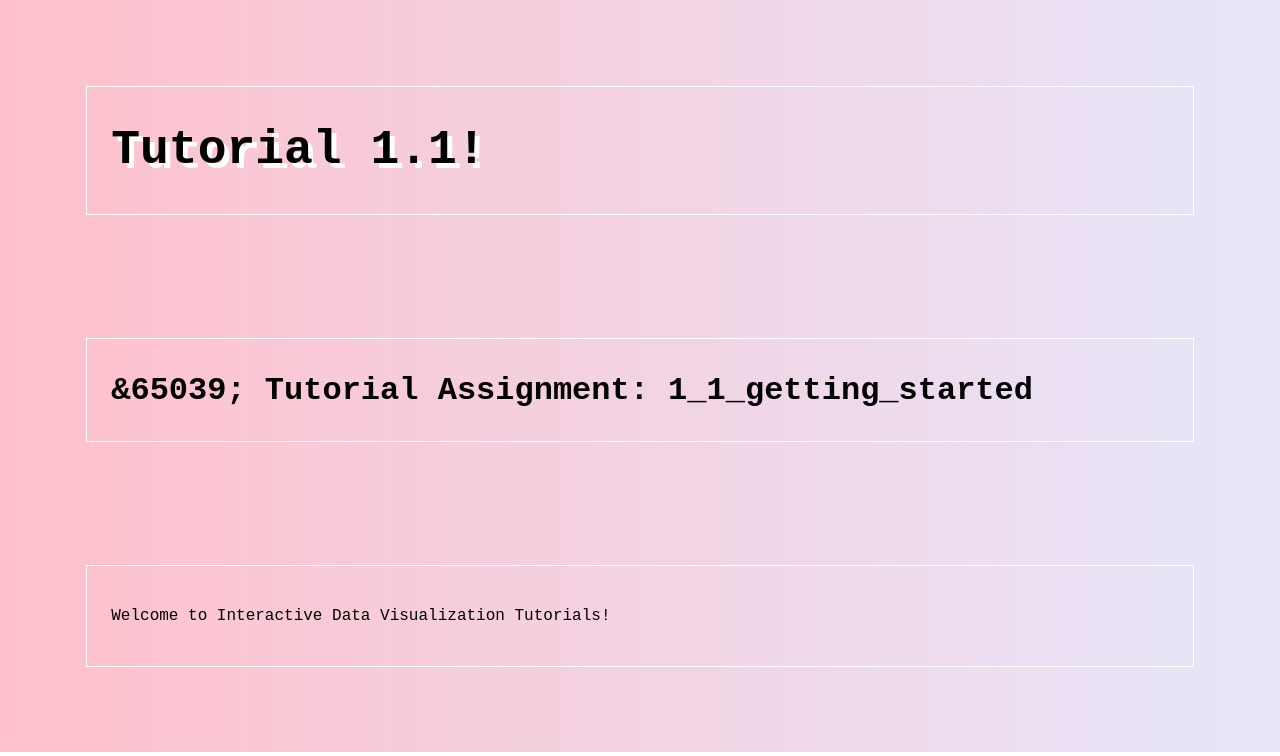
Repository: lisjak/Interactive-Data-Vis-Fall2022
Page: 1_1_getting_started/index.html
The author's editor kept a copy of each file at every save. The page is drawn from the files as they stood at one save, then again after the next save.
The browser window is 1280 px wide. The pictures show the whole page.
Some web fonts or font styles are not loaded; a fallback is used.

Above is the page before, as saved 2022-09-04 21:55:28.

### 1_1_getting_started/index.html
<!DOCTYPE html>

<head>
    <meta charset="utf-8">

    <title>Interactive Data Visualization Tutorial</title>

    <link rel="stylesheet" href="https://fonts.googleapis.com/css?family=Source+Sans+Pro">

    <link href="https://fonts.googleapis.com/css2?family=Azeret+Mono&display=swap" rel="stylesheet">

    <link rel="stylesheet" href="./style.css">
</head>

<body>
    <div>
        <h1>Tutorial 1.1!</h1>
    </div>
    <div>
        <h3> &65039; Tutorial Assignment: 1_1_getting_started </h3>
    </div>
    <div>
        <p>Welcome to Interactive Data Visualization Tutorials! </p>
    </div>
</body>

</html>

### 1_1_getting_started/style.css
body {
    background-image: linear-gradient(to right, pink, lavender);
    font-family: 'Azeret Mono', monospace;
    font-size: 16px;
    padding: 1em;
    display: flex;
    flex-direction: column;
}

div {
    /* min-width: 100%; */
    align-items: center;
    justify-content: center;
    border: 1px solid white;
    padding: 2%;
    margin: 5%;
}

h1 {
    font-size: 3em;
    margin: 0.25em 0;
    text-shadow: 5px 5px 0px white;
}

h3 {
    font-size: 2em;
    margin: 0.25em 0;
}

p {
    font-size: 1em;
    color: black;
}

After the next save:
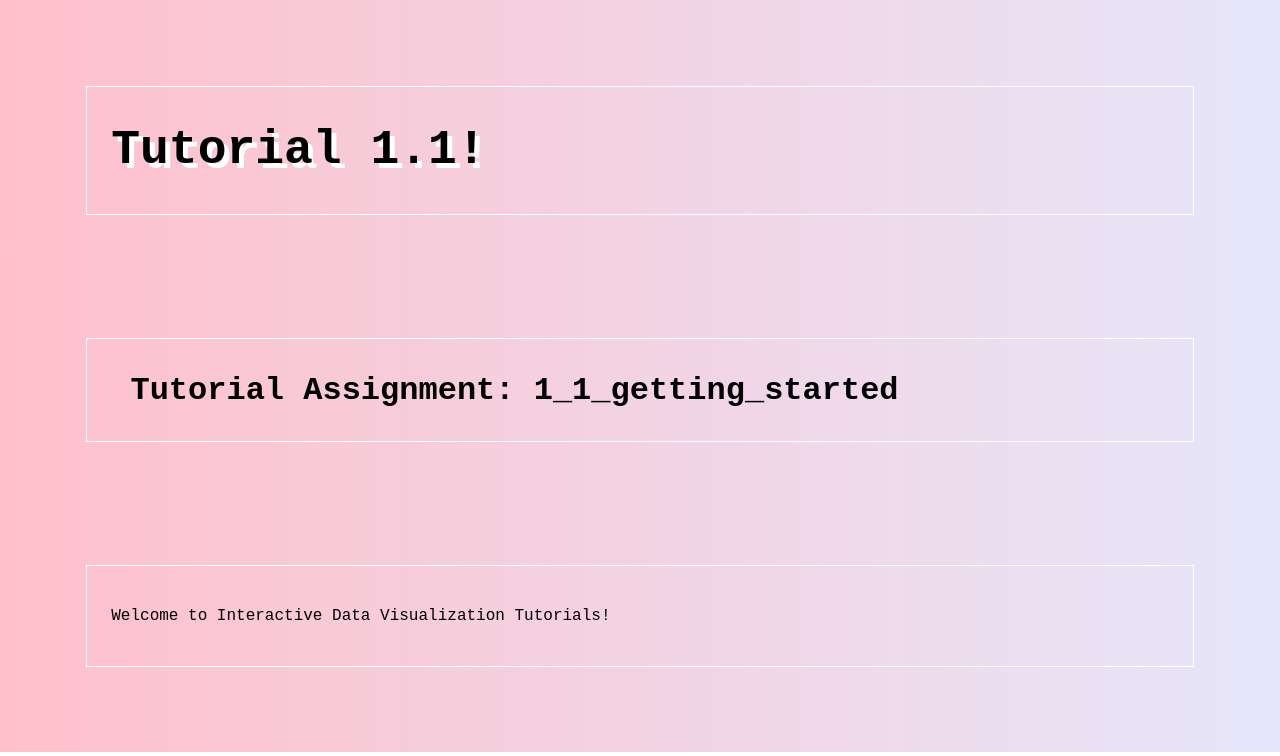
Saved 5 s later.
--- a/1_1_getting_started/index.html
+++ b/1_1_getting_started/index.html
@@ -17,7 +17,7 @@
         <h1>Tutorial 1.1!</h1>
     </div>
     <div>
-        <h3> &65039; Tutorial Assignment: 1_1_getting_started </h3>
+        <h3> &#65039; Tutorial Assignment: 1_1_getting_started </h3>
     </div>
     <div>
         <p>Welcome to Interactive Data Visualization Tutorials! </p>
